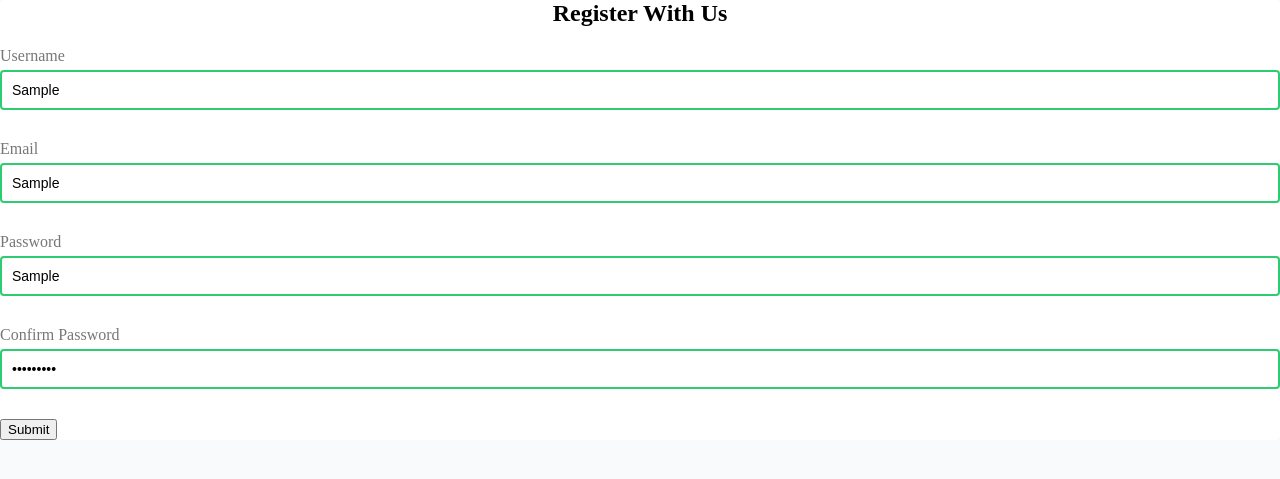
Repository: atko87/Form-Validator-Intro-
Page: index.html
The author's editor kept a copy of each file at every save. The page is drawn from the files as they stood at one save, then again after the next save.
The browser window is 1280 px wide. The pictures show the whole page.
Empty fields were first filled with sample values (such as "Sample", 5 or name@example.com).
After loading, the first visible `#form` was submitted once.

Above is the page before, as saved 2020-03-08 09:40:32.

After the next save:
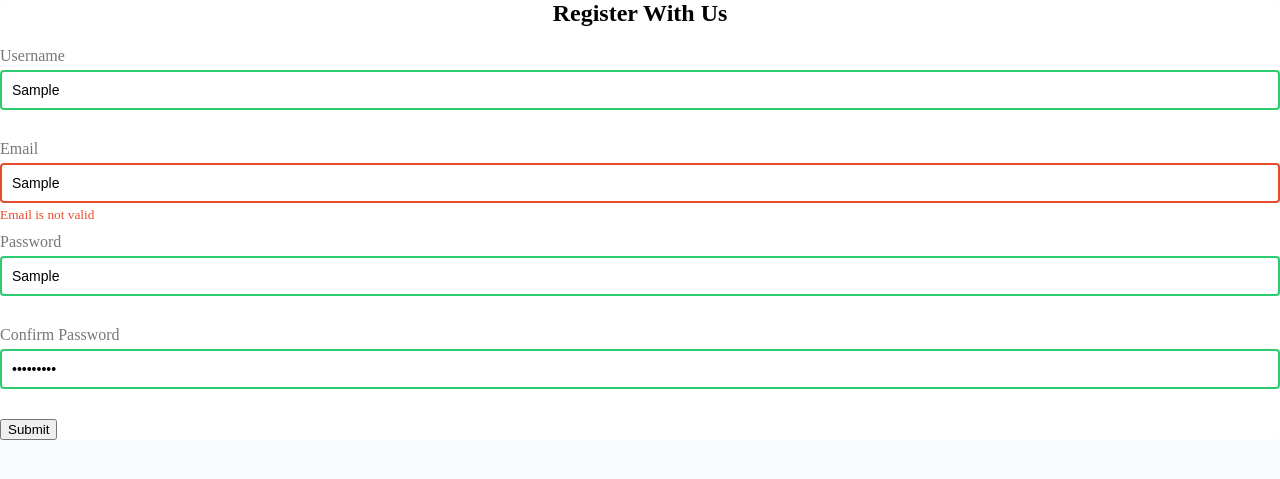
Saved 13 s later.
--- a/script.js
+++ b/script.js
@@ -70,4 +70,5 @@ form.addEventListener("submit", function(e) {
   checkRequired([username, email, password, password2]);
   checkLength(username, 3, 15);
   checkLength(password, 6, 25);
+  checkEmail(email);
 });
